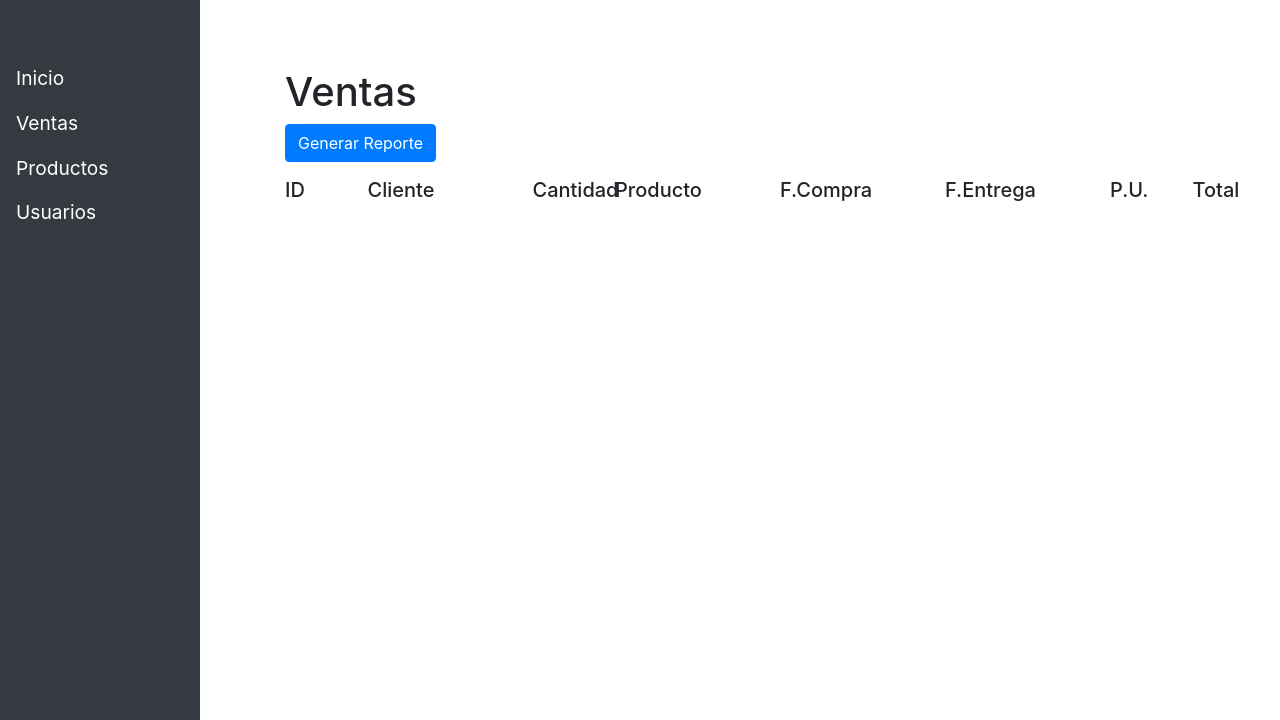
Repository: jfchirinos/ProyectoFinalLPII
Page: http://localhost/ventaList
The author's editor kept a copy of each file at every save. The page is drawn from the files as they stood at one save, then again after the next save.
The browser window is 1280 px wide. The pictures show the whole page.
Some web libraries are served in a nearby version. The page is this project's Thymeleaf template; nobody is signed in. The template is opened directly, without the code that normally fills it, so the values that code supplies are empty.

Above is the page before, as saved 2024-03-09 04:44:40.

After the next save:
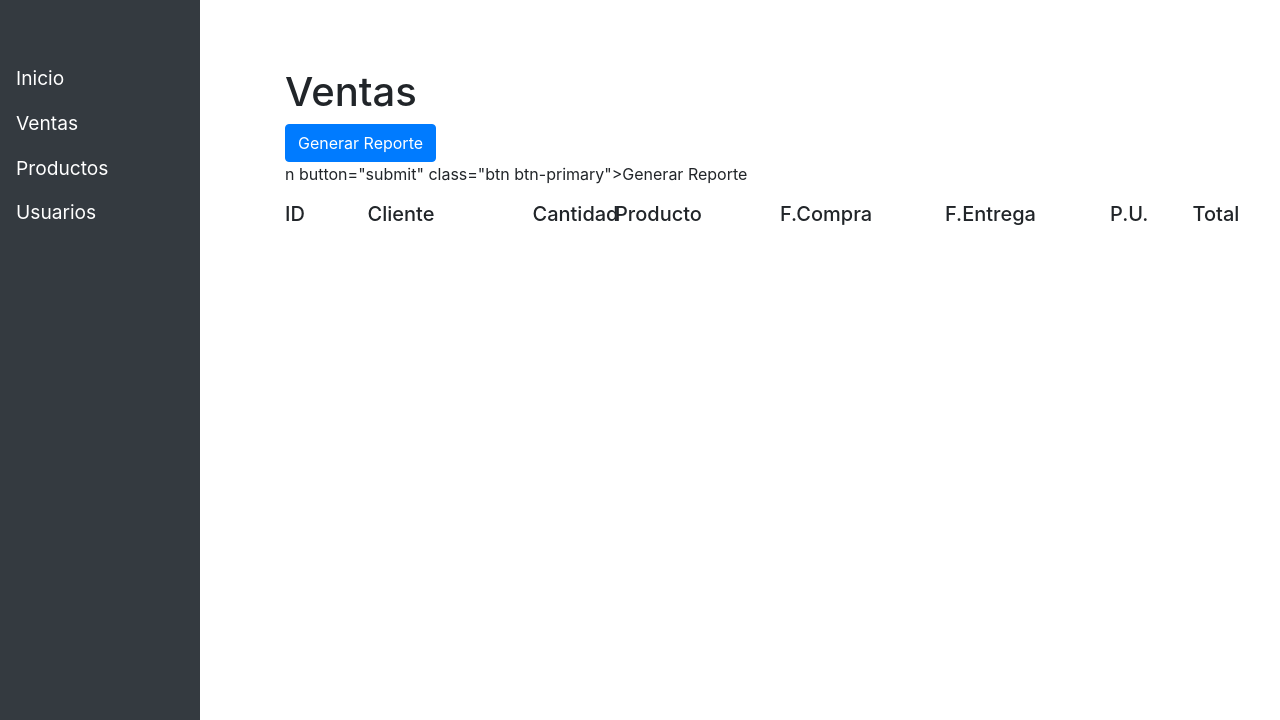
Saved 77 s later.
--- a/proyecto-final/src/main/resources/templates/ventaList.html
+++ b/proyecto-final/src/main/resources/templates/ventaList.html
@@ -54,8 +54,9 @@
         <h1 class="mt-5">Ventas</h1>
         <div class="row mb-3">
         <div class="col-md-12">
-            <form action="" method="get">
-                <button id="generarReporte" class="btn btn-primary">Generar Reporte</button>
+			<form action="/reporte/ventas" method="get">
+                <button type="submit" class="btn btn-primary">Generar Reporte</button>
+            </form>n button="submit" class="btn btn-primary">Generar Reporte</button>
             </form>
         </div>
     </div>

After the save that followed:
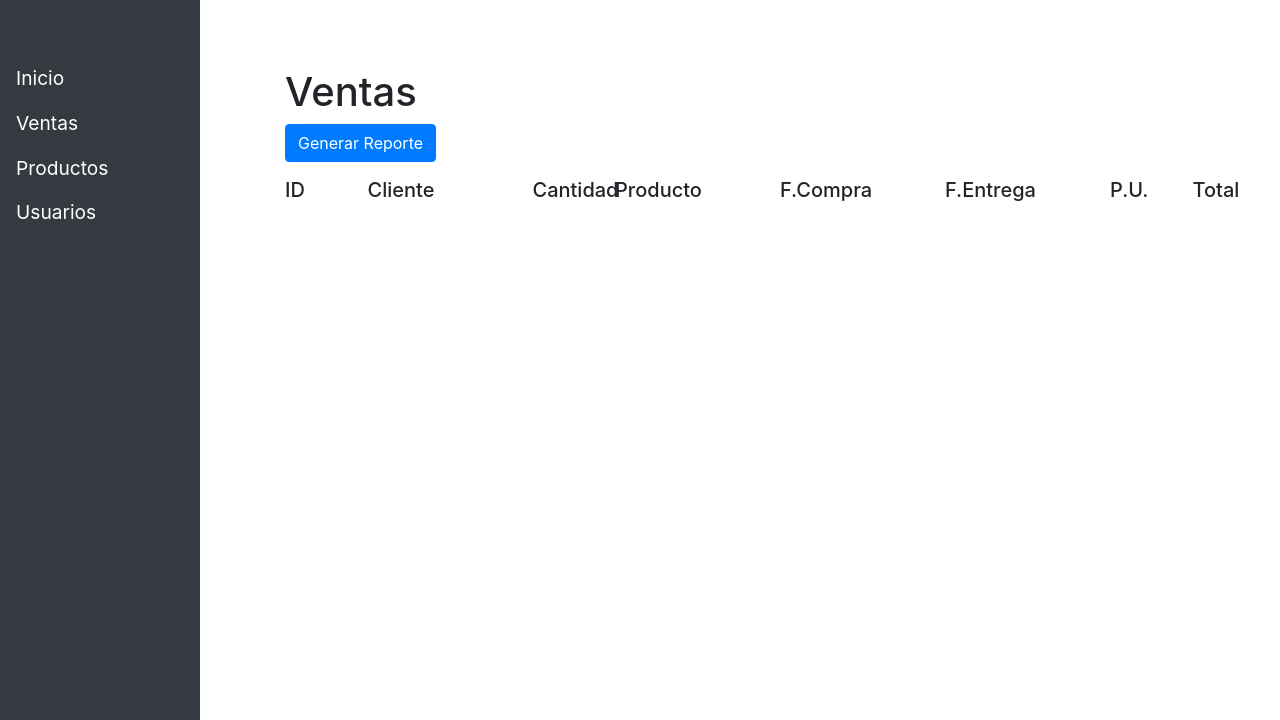
Saved 60 s later.
--- a/proyecto-final/src/main/resources/templates/ventaList.html
+++ b/proyecto-final/src/main/resources/templates/ventaList.html
@@ -56,7 +56,6 @@
         <div class="col-md-12">
 			<form action="/reporte/ventas" method="get">
                 <button type="submit" class="btn btn-primary">Generar Reporte</button>
-            </form>n button="submit" class="btn btn-primary">Generar Reporte</button>
             </form>
         </div>
     </div>
